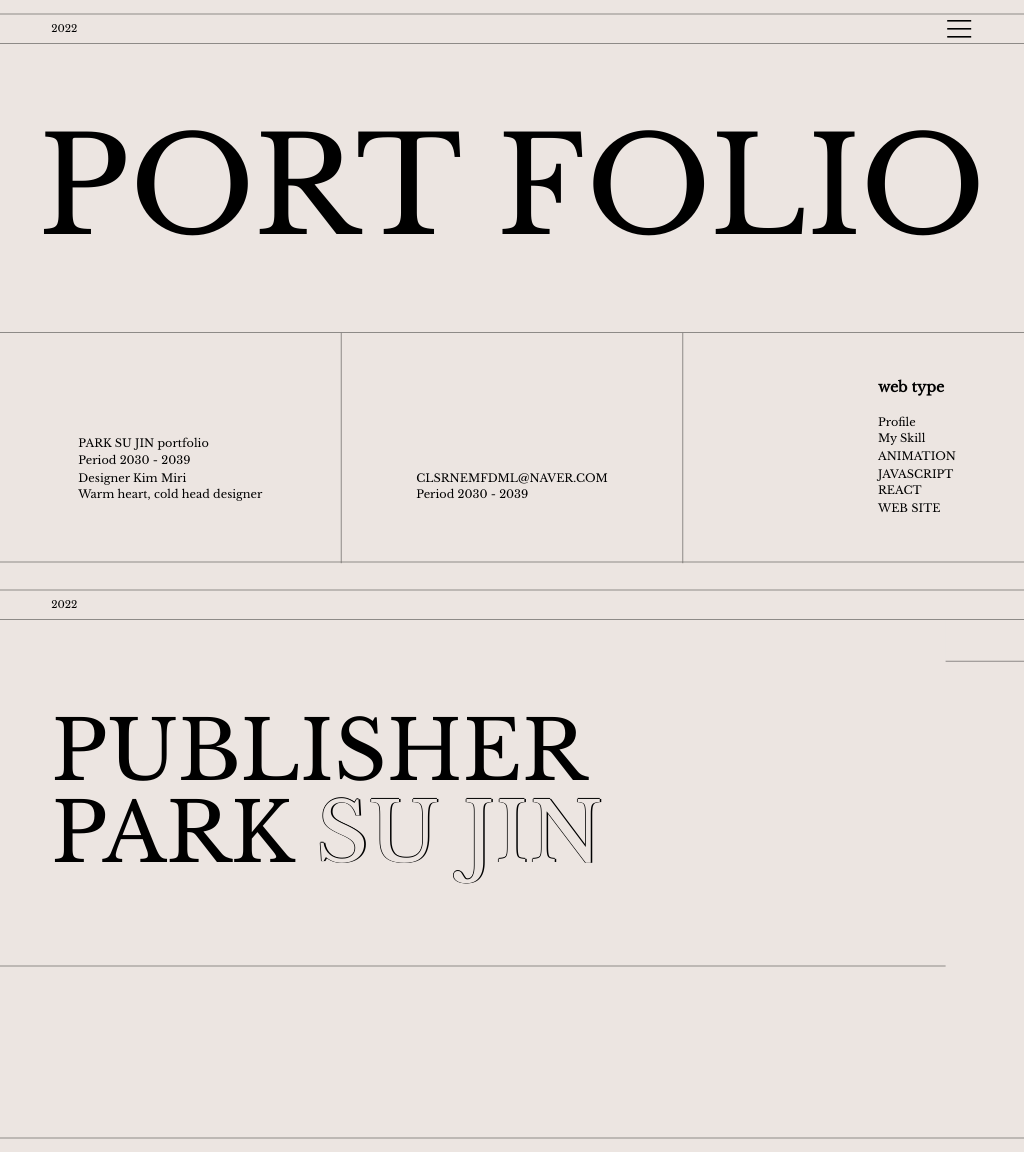
Repository: clsrnemfdml/portfolio_parksj_versiton1
Page: index.html
These files come from the project's save history. The page is drawn as it stood at one moment and after the next save; the edit follows.
The browser window is 1280 px wide. The pictures show the whole page, at 80% of full size.

Above is the page before, as saved 2021-09-14 08:35:24.

After the next save:
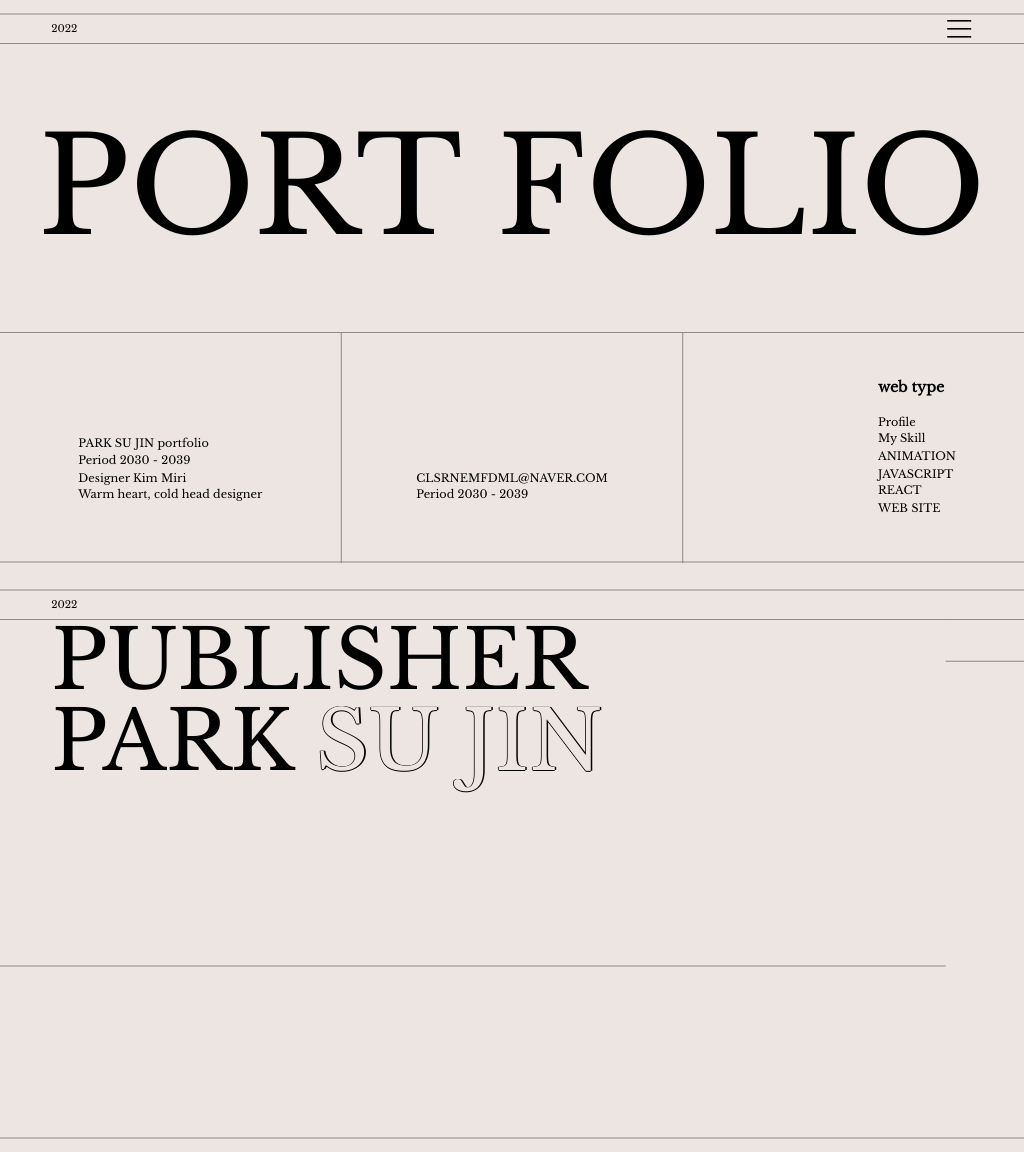
Saved 6 s later.
--- a/css/index.css
+++ b/css/index.css
@@ -213,9 +213,6 @@
         width: 100%;
         font-size: 8vw;
         border-bottom: 1px solid #767371;
-        display: flex;
-        align-items: center;
-        justify-content: flex-start;
         padding-left: 5%;
 
 

After the save that followed:
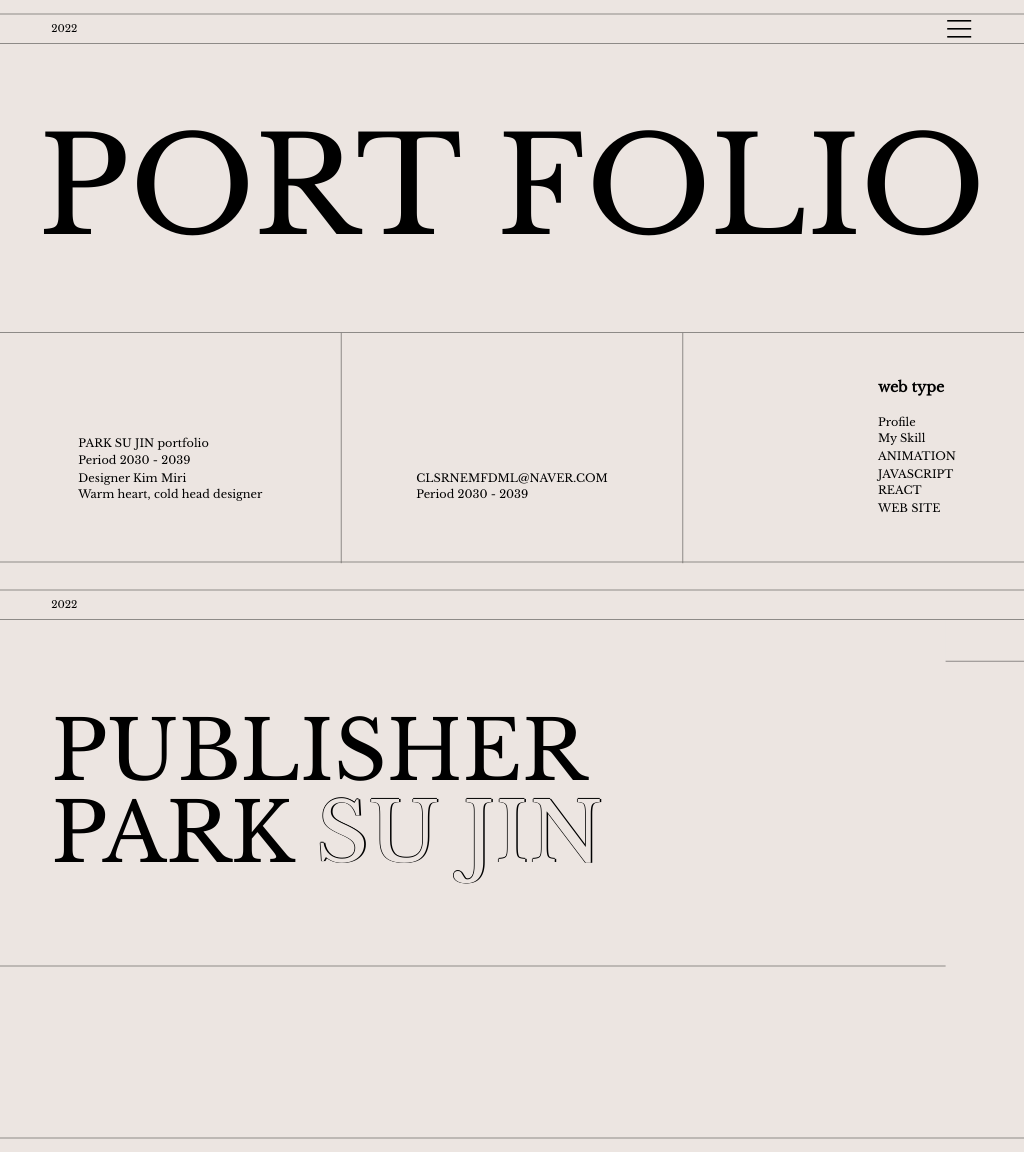
Saved 6 s later.
--- a/css/index.css
+++ b/css/index.css
@@ -213,6 +213,9 @@
         width: 100%;
         font-size: 8vw;
         border-bottom: 1px solid #767371;
+        display: flex;
+        align-items: center;
+        justify-content: flex-start;
         padding-left: 5%;
 
 
